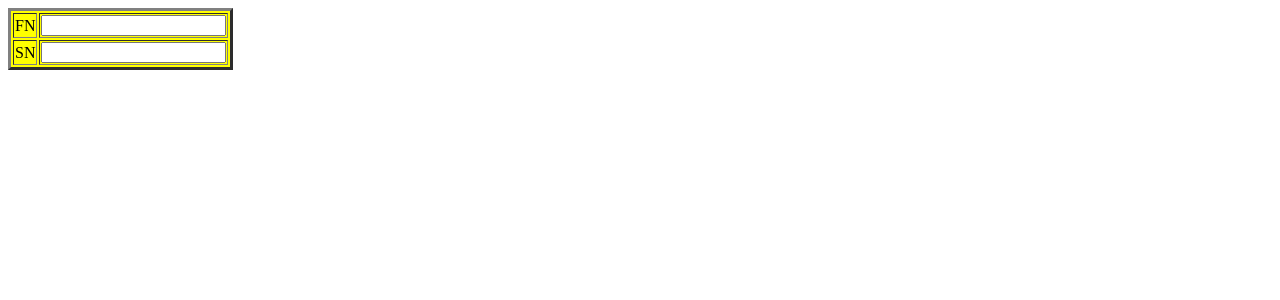
Repository: nadeem-fullstack-developer/jsp
Page: http://localhost/BRESTWebCL/home.jsp
An editor plug-in stored every save of this project. The page is shown before and after the next save, followed by the edit.
The browser window is 1280 px wide. The pictures show the whole page.
The page is served by Tomcat 9.

Above is the page before, as saved 2024-06-16 04:19:21.

### BRESTWebCL/src/main/webapp/home.jsp
<%@ page language="java" contentType="text/html; charset=ISO-8859-1"
	pageEncoding="ISO-8859-1"%>
<!DOCTYPE html>
<html>
<head>
<meta charset="ISO-8859-1">
<title>Insert title here</title>
</head>
<body>

	<form action="add">
		<table border="3" bgcolor="yellow">
			<tr>
				<td>FN</td>
				<td><input type="text" name="fn"></td>
			</tr>
			<tr>
				<td>SN</td>
				<td><input type="text" name="sn"></td>
			</tr>

		</table>
	</form>
</body>
</html>

After the next save:
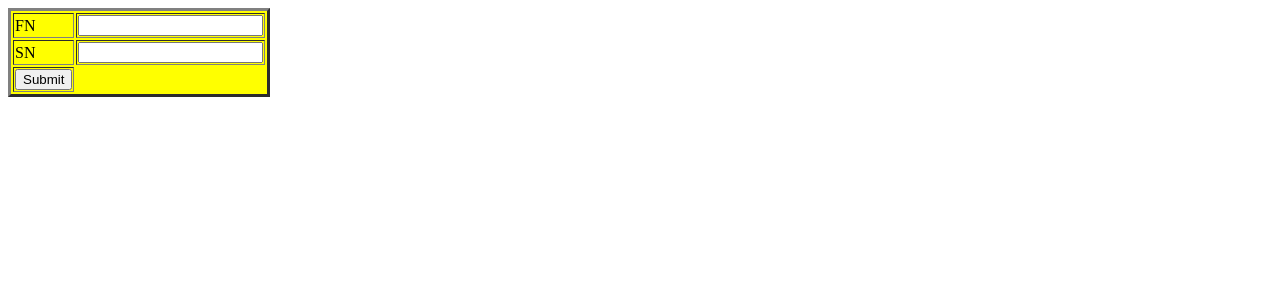
Saved 49 s later.
--- a/BRESTWebCL/src/main/webapp/home.jsp
+++ b/BRESTWebCL/src/main/webapp/home.jsp
@@ -18,6 +18,10 @@
 				<td>SN</td>
 				<td><input type="text" name="sn"></td>
 			</tr>
+			<tr>
+
+				<td><input type="submit" name="SUM"></td>
+			</tr>
 
 		</table>
 	</form>
